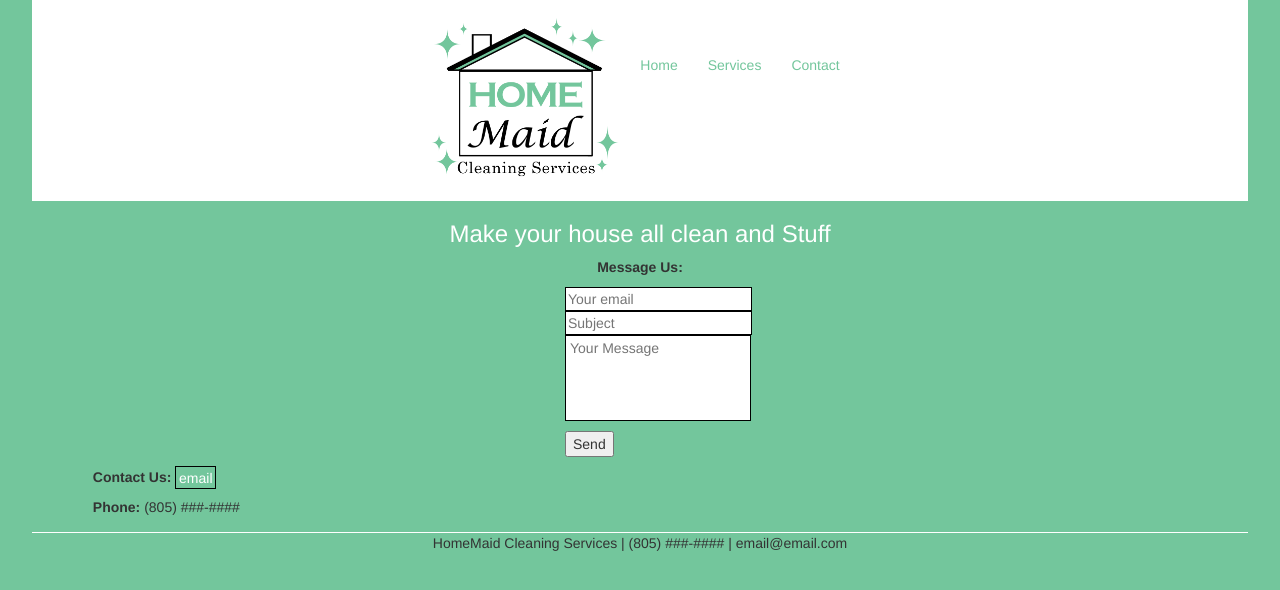
Repository: alprusa/HomeMaid-Cleaning-Service
Page: HomeMaid-Cleaning-Service/contact/index.html
An editor plug-in stored every save of this project. The page is shown before and after the next save, followed by the edit.
The browser window is 1280 px wide. The pictures show the whole page.

Above is the page before, as saved 2016-07-27 02:20:38.

### HomeMaid-Cleaning-Service/contact/index.html
<!DOCTYPE html>
<html lang="en">
	<head>
		<meta charset="utf-8">

		<!-- Always force latest IE rendering engine (even in intranet) & Chrome Frame
		Remove this if you use the .htaccess -->
		<meta http-equiv="X-UA-Compatible" content="IE=edge,chrome=1">

		<title>Contact</title>
		<meta name="description" content="">
		<meta name="author" content="Alisa Prusa">

		<meta name="viewport" content="width=device-width; initial-scale=1.0">

		<!-- Replace favicon.ico & apple-touch-icon.png in the root of your domain and delete these references -->
		<link rel="shortcut icon" href="/favicon.ico">
		<link rel="apple-touch-icon" href="/apple-touch-icon.png">

		<link href="../defaultStyle.css" rel="stylesheet" type="text/css">
		<link href="contact.css" rel="stylesheet" type="text/css">
		<link rel="stylesheet" href="../bootstrap/css/bootstrap.min.css">
	</head>

	<body>
		<div id="mainContainter">
			<!--Navbar html section-->
			<nav class="navbar navbar-static-top" role="navigation">
                <div class="container-fluid">
                	<div class="navbar-header">
                        <!--Button that is created for menu when screen size reaches a certain limit-->
                        <button type="button" class="navbar-toggle" data-toggle="collapse" data-target=".navbar-collapse">
                            <span class="icon-bar"></span>
                            <span class="icon-bar"></span>
                            <span class="icon-bar"></span>
                        </button>
       				 </div>

                    <!--Buttons to go to different pages of the website-->
                    <div class="collapse navbar-collapse" id="navItems">
                        <ul class="nav navbar-nav">
                        	<li>
								<div class="navbar-header">
                        			<!--Logo image button to go make to main page-->
                       				 <a href="../"><img src="../img/HMLogo.png" class="img-responsive" id="logo"/></a>
                       				 <!--<form action="#">
										 <button type="submit" id="appointment" href="#">Make an Appointment</button>
									 </form>-->
                   				 </div>
	                        </li>
                            <li class="navTabs"><a href="../">Home</a></li>
							<li class="navTabs"><a href="../services/">Services</a></li>
							<li class="navTabs"><a href="../contact/">Contact</a></li>
                        </ul>
                    </div>
                </div>
			</nav>

			<div id="bodyContent">
				<h3 style="text-align: center;">Make your house all clean and Stuff</h3>

				<form action="#">
	 				<p style="text-align: center;"><b>Message Us:</b></p>
					<input type="text" class="formBox" name="email" id="email" placeholder="Your email" required><br>
					<input type="text" class="formBox" name="Subject" id="Subject" placeholder="Subject" required><br>
					<textarea type="text" class="formBox" name="Message" rows=4 id="Message" placeholder="Your Message" required></textarea>
					<input id="submitButton" class="gVButton" type="submit" value="Send" style="margin-top: 5px;">
					<p style="color: #E82C0C;" id="errorText" class="hidden">Sorry there was an issue sending your message.</p>
	 			</form>

		        <div class="infoSection">
		        	<p><b>Contact Us:</b>
			        <a id="emails" href="mailto:homemaidcleaningservices@yahoo.com?subject=Golden View Senior Services">
                     	<mark>email</mark>
                     </a></p>
			        <p><b>Phone: </b>(805) ###-####</p>
		        </div>
			</div>

			<footer>
				<p>
					HomeMaid Cleaning Services | (805) ###-#### | email@email.com
				</p>
			</footer>
		</div>

		<script src="../jquery-1.2.0.js"></script>
    	<script src="../bootstrap/js/bootstrap.min.js"></script>
	</body>
</html>

### HomeMaid-Cleaning-Service/defaultStyle.css
body{
	background-color: #73C69C !important;
}

#mainContainter{
	width: 95%;
	margin: auto;
	background-color: #73C69C !important;
}

a{
	color: #73C69C !important;
}

mark{
	color:#FFFFFF !important;
	background-color: #73C69C !important;
	border: 1px #000000 solid;
}

mark:hover{
	color:#73C69C !important;
	background-color: #FFFFFF !important;
	text-decoration: underline;
	text-decoration-color: #000000 !important;
}

h3{
	color: #FFFFFF !important;
}

.navbar{
    background-color: #FFFFFF !important;
    text-align: center;
    float:center;
}

.navbar .navbar-nav {
  display: inline-block;
  float: none;
  vertical-align: top;
}

.navbar .navbar-collapse {
  text-align: center;
}

.navbar .navbar-toggle .icon-bar{
  background-color: #73C69C !important;
}

.navbar .navbar-toggle{
  border-color: #73C69C !important;
}

/*make it so the logo home page button does not have the hover effect that the other buttons have*/
a:hover,
a:focus{
    text-decoration: underline !important;
	color:#FFFFFF !important;
	background-color: #73C69C !important;
	text-decoration-color:#000000 !important;
}

.navTabs{
	padding-top: 40px;
}

#logo{
	margin: auto;
    width:200px;
}

#appointment{
	border-radius:2px;
	background-color: #73C69C !important;
	color:#FFFFF !important;
}

#bodyContent{
	margin: auto;
	float: center;
}

#videoContainer{
	margin: auto;
	float: center;
}

#mainVid{
	margin: auto;
	width: 600px;
	float: center;
}

.infoSection{
	width: 90%;
	margin: auto;
	padding-bottom: 50px;
}

.infoImg{
	width: 200px;
	height: 100px;
	margin: auto;
	border: 2px black solid;
	margin-top: 5px;
}

footer{
	border-top: 1px white solid;
	text-align: center;
}

@media screen and (orientation:portrait)
{
	.navTabs{
		padding: 0;
	}
}

### HomeMaid-Cleaning-Service/contact/contact.css
textarea {
   resize: none;
   margin: auto;
   padding-left: 4px;
}

form{
	margin: auto;
	width: 150px;

}

#submitButton{
	margin: auto;
	float: center;
}

.infoSection{
	padding-top: 10px;
	padding-bottom: 5px;
	margin: auto;
}

.formBox{
	border: 1px black solid;

}

Loaded but not shown: HomeMaid-Cleaning-Service/bootstrap/css/bootstrap.min.css (library); HomeMaid-Cleaning-Service/jquery-1.2.0.js (library); HomeMaid-Cleaning-Service/bootstrap/js/bootstrap.min.js (library)

After the next save:
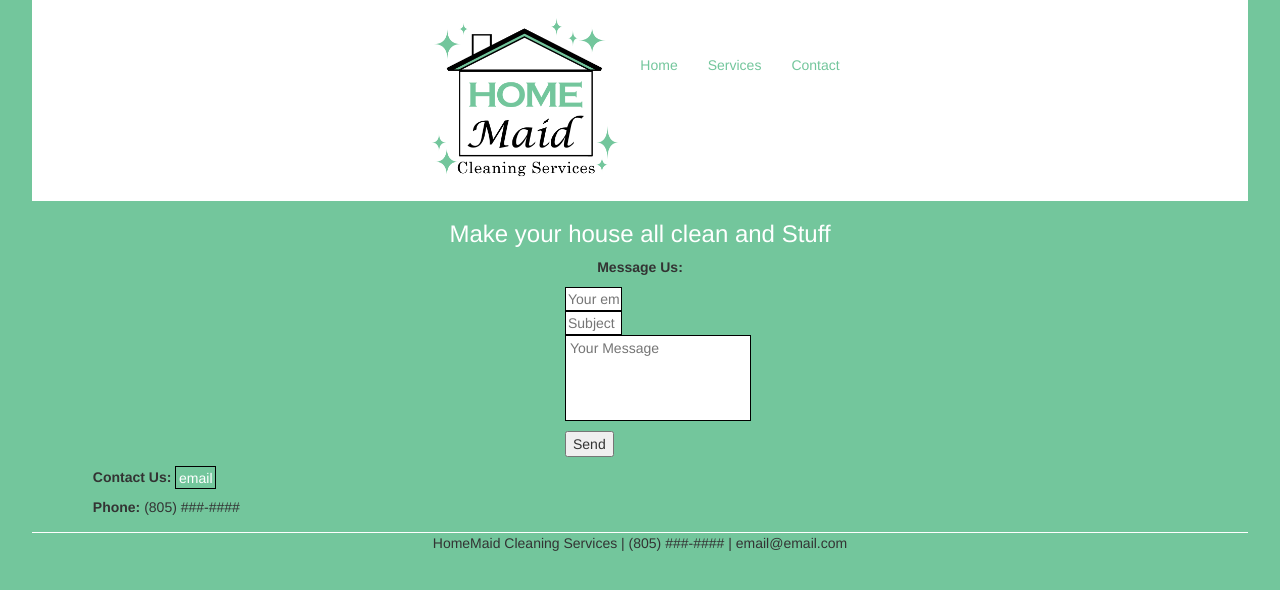
Saved 17 s later.
--- a/HomeMaid-Cleaning-Service/contact/index.html
+++ b/HomeMaid-Cleaning-Service/contact/index.html
@@ -61,10 +61,10 @@
 
 				<form action="#">
 	 				<p style="text-align: center;"><b>Message Us:</b></p>
-					<input type="text" class="formBox" name="email" id="email" placeholder="Your email" required><br>
-					<input type="text" class="formBox" name="Subject" id="Subject" placeholder="Subject" required><br>
-					<textarea type="text" class="formBox" name="Message" rows=4 id="Message" placeholder="Your Message" required></textarea>
-					<input id="submitButton" class="gVButton" type="submit" value="Send" style="margin-top: 5px;">
+					<input type="text" class="formBox" name="email" id="email" placeholder="Your email" size="4" required><br>
+					<input type="text" class="formBox" name="Subject" id="Subject" placeholder="Subject" size="4" required><br>
+					<textarea type="text" class="formBox" name="Message" rows=4 id="Message" placeholder="Your Message" size="4" required></textarea>
+					<input id="submitButton" class="gVButton" type="submit" value="Send" size="4" style="margin-top: 5px;">
 					<p style="color: #E82C0C;" id="errorText" class="hidden">Sorry there was an issue sending your message.</p>
 	 			</form>
 
